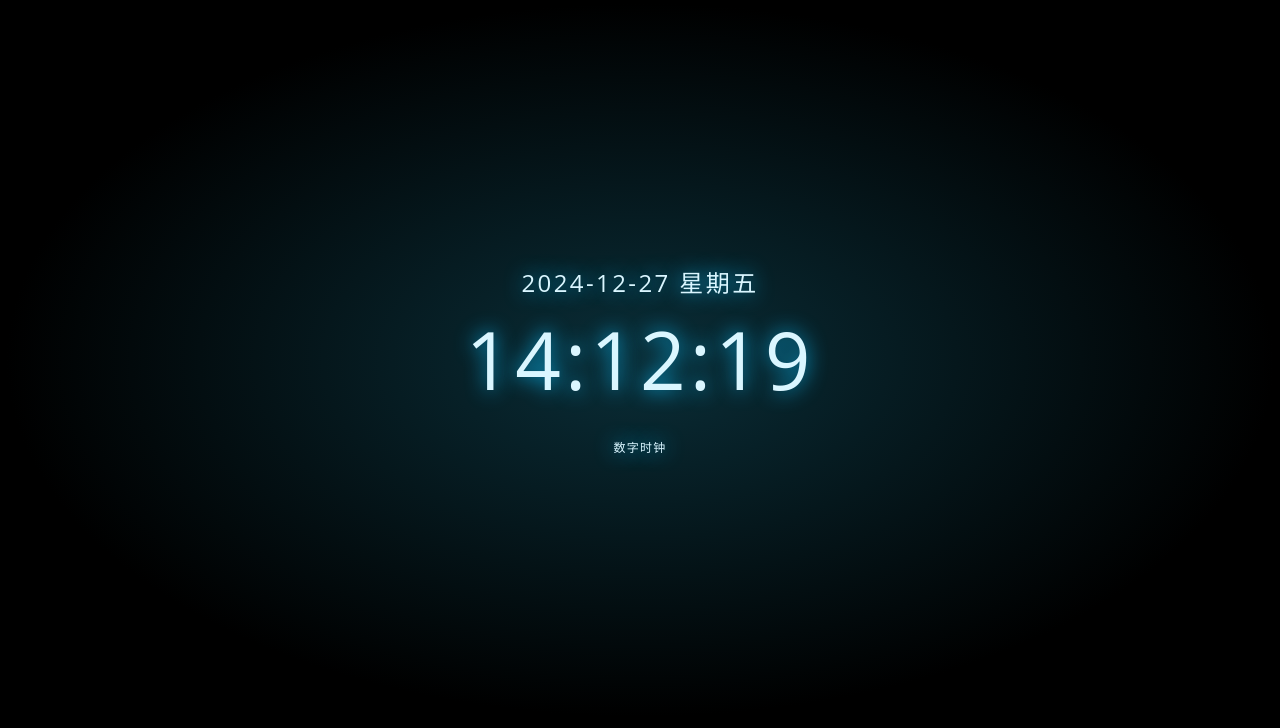
Repository: ZSJJessey/-SpringBoot-Vue-
Page: HospitalManagerVue/public/static/timeclock.html
The author's editor kept a copy of each file at every save. The page is drawn from the files as they stood at one save, then again after the next save.
The browser window is 1280 px wide. The pictures show the whole page.
Some web libraries are served in a nearby version.

Above is the page before, as saved 2025-01-15 04:10:28.

After the next save:
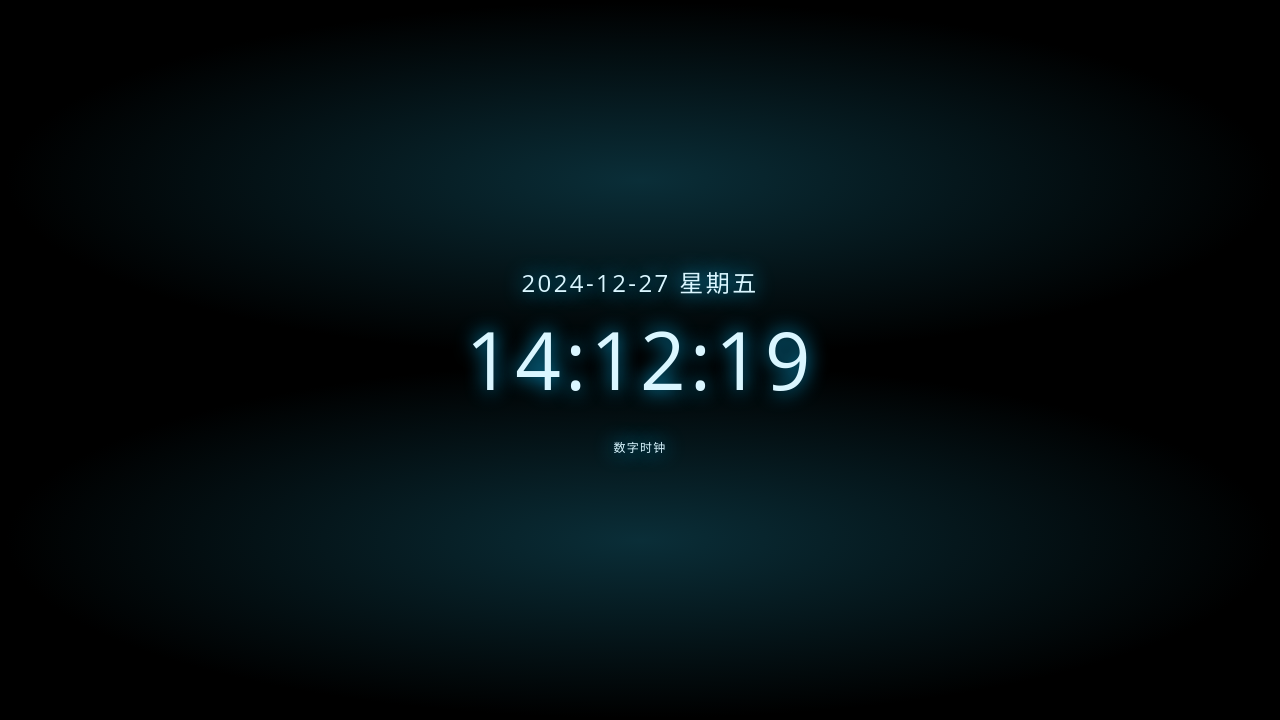
Saved 12 min 13 s later.
--- a/HospitalManagerVue/public/static/timeclock.html
+++ b/HospitalManagerVue/public/static/timeclock.html
@@ -7,7 +7,7 @@
     <style type="text/css">
         html,
         body {
-            height: 100%;
+            height: 50%;
         }
 
         body {
